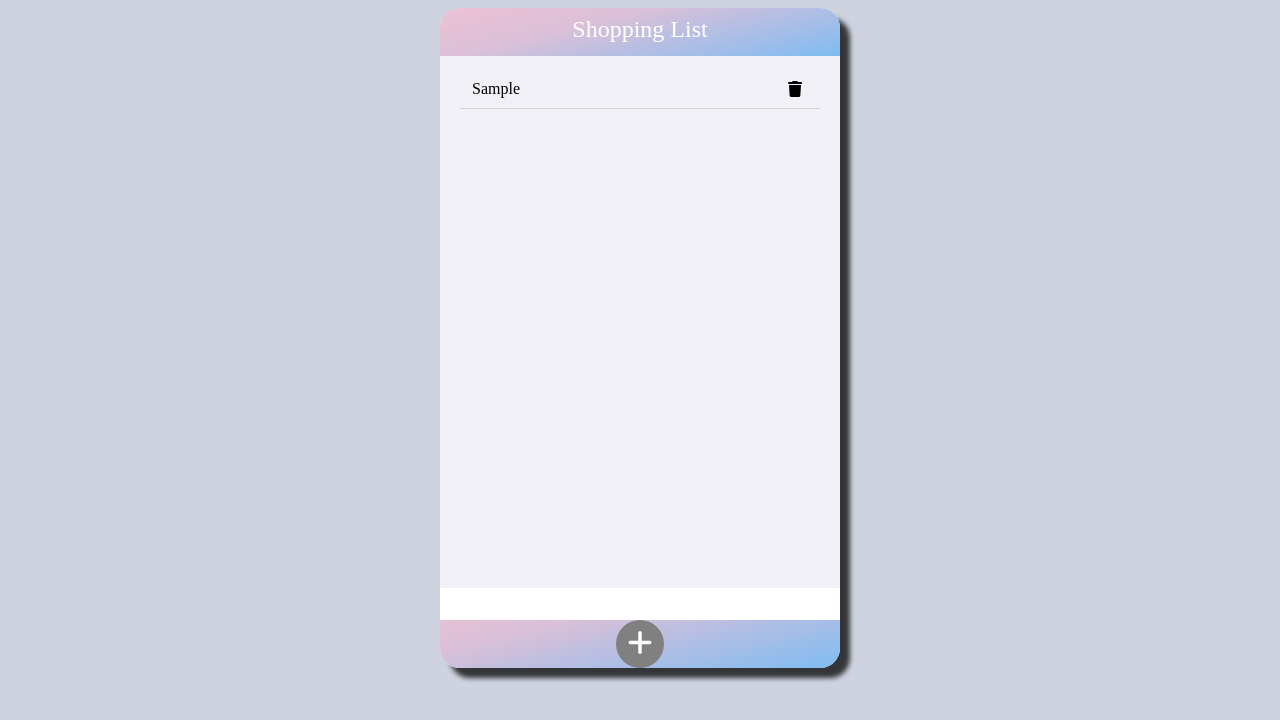
Repository: ggandory/browser101
Page: chapter5/index.html
These files come from the project's save history. The page is drawn as it stood at one moment and after the next save; the edit follows.
The browser window is 1280 px wide. The pictures show the whole page.
Empty fields were first filled with sample values (such as "Sample", 5 or name@example.com).
After loading, the first visible `button.footer_button` was clicked once.
Some web libraries are served in a nearby version.

Above is the page before, as saved 2024-04-15 00:45:40.

### chapter5/index.html
<!DOCTYPE html>
<html lang="en">
  <head>
    <meta charset="UTF-8" />
    <meta name="viewport" content="width=device-width, initial-scale=1.0" />
    <title>Shopping List</title>
    <script src="main.js" defer></script>
    <script
      src="https://kit.fontawesome.com/9eb162ac0d.js"
      crossorigin="anonymous"
    ></script>
    <link rel="stylesheet" href="style.css" />
  </head>
  <body>
    <section class="list">
      <header class="header">Shopping List</header>
      <ul class="items"></ul>
      <footer class="footer">
        <input type="text" class="footer_input" />
        <button class="footer_button">
          <i class="fa-solid fa-plus"></i>
        </button>
      </footer>
    </section>
  </body>
</html>

### chapter5/main.js
const items = document.querySelector(".items");
const input = document.querySelector(".footer_input");
const addBtn = document.querySelector(".footer_button");

function onAdd() {
  //1.사용자가 입력한 텍스트를 받아옴
  const text = input.value;
  console.log(text);

  if (text === "") {
    input.focus();
    return;
  }
  //2. 받아온 텍스트를 새로운 아이템을 만듬(텍스트+ 삭제 버튼)
  const item = createItem(text);

  //3. items 컨테이너 안에 새로 만든 아이템을 추가한다.
  items.appendChild(item);
  //4. 인풋을 초기화 한다.(아무것도 안뜨게)
  input.value = "";
  input.focus();
}

function createItem(text) {
  const itemRow = document.createElement("li");
  itemRow.setAttribute("class", "item_row");
  const item = document.createElement("div");
  item.setAttribute("class", "item");
  const name = document.createElement("span");
  name.setAttribute("class", "item_name");
  name.innerText = text;

  const deleteBtn = document.createElement("button");
  deleteBtn.setAttribute("class", "item_delete");
  deleteBtn.innerHTML = '<i class="fa-solid fa-trash"></i>';
  deleteBtn.addEventListener("click", () => {
    items.removeChild(itemRow);
  });

  const itemDivider = document.createElement("div");
  itemDivider.setAttribute("class", "item_divider");
  //여기는 왜 appendChild를 하는거지?
  item.appendChild(name);
  item.appendChild(deleteBtn);

  itemRow.appendChild(item);
  itemRow.appendChild(itemDivider);
  return itemRow;
}

addBtn.addEventListener("click", () => {
  onAdd();
});

input.addEventListener("keypress", (event) => {
  if (event.key === "Enter") {
    onAdd();
  }
});

### chapter5/style.css
* {
  box-sizing: border-box;
}

ul {
  padding: 0;
}

button {
  outline: none;
  background: transparent;
  border: none;
  cursor: pointer;
}

body {
  background-color: #ced3df;
  text-align: center;
}

.list {
  width: 400px;
  margin: auto;
  background-color: #f1f0f7;
  border-radius: 20px;
  box-shadow: 10px 10px 5px 0px rgba(0, 0, 0, 0.75);
  -webkit-box-shadow: 10px 10px 5px 0px rgba(0, 0, 0, 0.75);
  -moz-box-shadow: 10px 10px 5px 0px rgba(0, 0, 0, 0.75);
}

.header {
  height: 48px;
  padding: 8px;
  font-size: 24px;
  background: rgba(237, 193, 211);
  background: linear-gradient(
    166deg,
    rgba(237, 193, 211, 1) 0%,
    rgba(219, 192, 216, 1) 35%,
    rgba(127, 188, 242, 1) 100%
  );
  border-radius: 20px 20px 0 0;
  color: white;
}
.items {
  height: 500px;
  overflow-y: auto;
}
.item {
  display: flex;
  justify-content: space-between;
  padding: 8px 32px;
}
.item_delete {
  font-size: 16px;
  transition: all 300ms ease-in;
}
.item_delete:hover {
  color: red;
  transform: scale(1.1);
}
.item_divider {
  width: 90%;
  height: 1px;
  background-color: lightgray;
  margin: auto;
}

.footer {
  background: rgba(237, 193, 211);
  background: linear-gradient(
    166deg,
    rgba(237, 193, 211, 1) 0%,
    rgba(219, 192, 216, 1) 35%,
    rgba(127, 188, 242, 1) 100%
  );
  border-radius: 0 0 20px 20px;
}

.footer_input {
  width: 100%;
  height: 32px;
  border: none;
  outline: none;
  font-size: 24px;
  padding: 0 16px;
}
.footer_button {
  width: 48px;
  height: 48px;
  font-size: 28px;
  background-color: gray;
  border-radius: 50%;
  color: white;
  transition: transform 300ms ease-in;
}

.footer_button:hover {
  transform: scale(1.1);
}

After the next save:
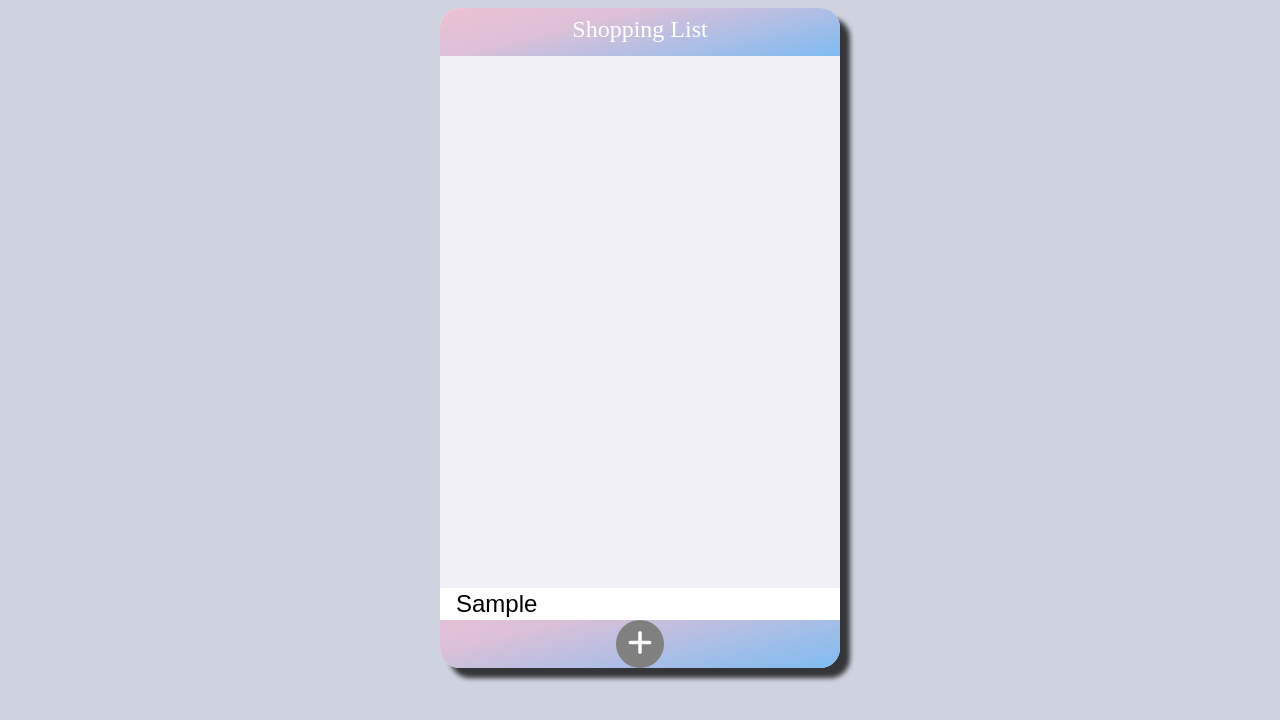
Console error: TypeError: Failed to execute 'appendChild' on 'Node': parameter 1 is not of type 'Node'.
Saved 4 min 39 s later.
--- a/chapter5/main.js
+++ b/chapter5/main.js
@@ -6,7 +6,7 @@ function onAdd() {
   //1.사용자가 입력한 텍스트를 받아옴
   const text = input.value;
   console.log(text);
-
+  //만약 아무것도 입력이 안되면 함수를 빠져나간다.(즉 입력이 화면상에 안올라감)
   if (text === "") {
     input.focus();
     return;
@@ -16,6 +16,9 @@ function onAdd() {
 
   //3. items 컨테이너 안에 새로 만든 아이템을 추가한다.
   items.appendChild(item);
+
+  //3.5 새로 추가된 아이템으로 스크롤링
+  item.scrollIntoView({ block: "center" });
   //4. 인풋을 초기화 한다.(아무것도 안뜨게)
   input.value = "";
   input.focus();
@@ -39,13 +42,13 @@ function createItem(text) {
 
   const itemDivider = document.createElement("div");
   itemDivider.setAttribute("class", "item_divider");
-  //여기는 왜 appendChild를 하는거지?
-  item.appendChild(name);
-  item.appendChild(deleteBtn);
+  //여기는 왜 appendChild를 하는거지? 위에 이미 있는데?
+  //item.appendChild(name);
+  //item.appendChild(deleteBtn);
 
-  itemRow.appendChild(item);
-  itemRow.appendChild(itemDivider);
-  return itemRow;
+  //itemRow.appendChild(item);
+  //itemRow.appendChild(itemDivider);
+  //return itemRow;
 }
 
 addBtn.addEventListener("click", () => {
